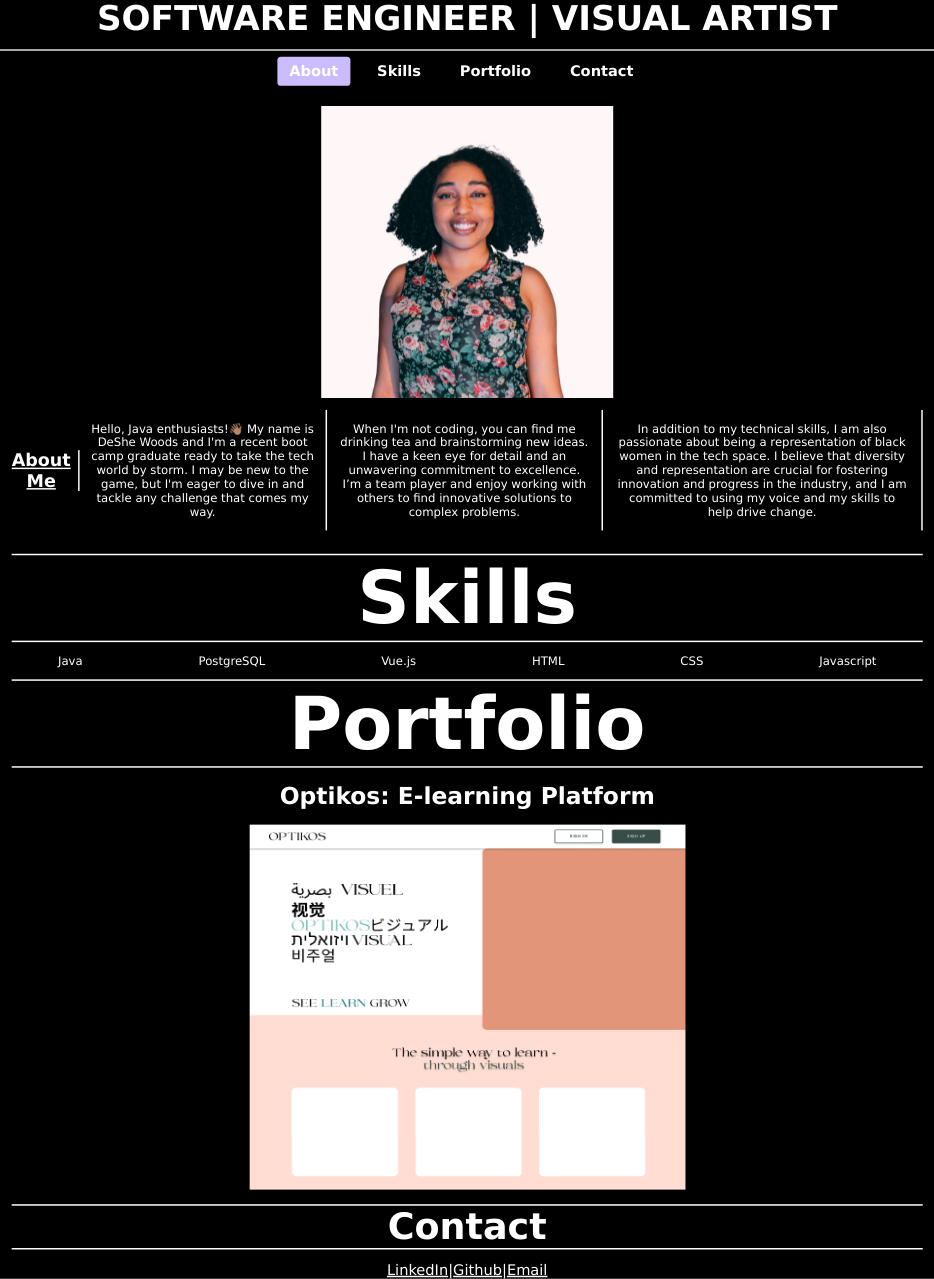
Repository: woodsdeshe/portfolio
Page: index.html
An editor plug-in stored every save of this project. The page is shown before and after the next save, followed by the edit.
The browser window is 1280 px wide. The pictures show the part of the page from y = 664 to 2416 px (the page is 2416 px tall), at 73% of full size.
The pointer rests on the first visible `.navbar a`.
A picture or video elsewhere on the page could not be fetched, so the positions and the page height are approximate. Some web fonts or font styles are not loaded; a fallback is used.

Above is the page before, as saved 2023-06-11 12:46:58.

### index.html
<!DOCTYPE html>
<html lang="en">
<head>
    <meta charset="UTF-8">
    <meta http-equiv="X-UA-Compatible" content="IE=edge">
    <meta name="viewport" content="width=device-width, initial-scale=1.0">
    <title>DeShe Woods | Software Engineer</title>
    <link rel="stylesheet" href="style.css">
    <link rel="stylesheet" href="https://cdnjs.cloudflare.com/ajax/libs/aos/2.3.4/aos.css" />
</head>
<body>
    <div class="container">
        <video autoplay muted loop>
            <source src="pexels-crazy-motions-11738195-1920x1080-24fps.mp4" type="video/mp4">
        </video>
        <div class="header">
            <h1>DESHE WOODS</h1>
        </div>
    </div>
    <div class="subheader">
        <h3>SOFTWARE ENGINEER | VISUAL ARTIST</h3>
    </div>
    <nav class="navbar">
        <ul>
            <li><a href="#about">About</a></li>
            <li><a href="#skills">Skills</a></li>
            <li><a href="#portfolio">Portfolio</a></li>
            <li><a href="#contact">Contact</a></li>
        </ul>
    </nav>
    <div class="headshot" data-aos="fade-up">
        <img src="Headshot.jpg" alt="Picture of DeShe Woods">
    </div>
    <div class="about-me" data-aos="fade-up">
        <h2 id="about">About Me</h2>
        <p>Hello, Java enthusiasts!👋🏽 My name is DeShe Woods and I'm a recent boot camp graduate ready to take the tech world by storm. I may be new to the game, but I'm eager to dive in and tackle any challenge that comes my way.</p>
        <p>When I'm not coding, you can find me drinking tea and brainstorming new ideas. I have a keen eye for detail and an unwavering commitment to excellence. I’m a team player and enjoy working with others to find innovative solutions to complex problems.</p>
        <p>In addition to my technical skills, I am also passionate about being a representation of black women in the tech space. I believe that diversity and representation are crucial for fostering innovation and progress in the industry, and I am committed to using my voice and my skills to help drive change.</p>
    </div>

    <div class="skills-header">
        <h1 id="skills">Skills</h1>
    </div>
    <div class="skills-content" data-aos="fade-up">
        <p class="java">Java</p>
        <p class="postgresql">PostgreSQL</p>
        <p class="Vue-js">Vue.js</p>
        <p class="html">HTML</p>
        <p class="css">CSS</p>
        <p class="javascript">Javascript</p>
    </div>
    <div class="portfolio-header">
        <h1 id="portfolio">Portfolio</h1>
    </div>
    <div class="optikos" data-aos="fade-up">
        <h1>Optikos: E-learning Platform</h1>
        <img src="Screenshot (6).png" alt="Screenshot of Optikos home page">
    </div>
    <div class="contact" id="contact">
        <h2>Contact</h2>
    </div>
   <footer>
    <a href="#">LinkedIn</a> |
    <a href="#">Github</a> |
    <a href="#">Email</a>
   </footer>

   <script src="https://cdnjs.cloudflare.com/ajax/libs/jquery/3.6.0/jquery.min.js"></script>
   <script src="https://cdnjs.cloudflare.com/ajax/libs/aos/2.3.4/aos.js"></script>
   <script>
     AOS.init();
   </script>
</body>
</html>

### style.css
@import url('https://fonts.googleapis.com/css2?family=Climate+Crisis&display=swap');

* {
    margin: 0;
    padding: 0;
    box-sizing: border-box;
}

body:not(.container) {
    background-color: #000;
    font-family: Verdana, Geneva, Tahoma, sans-serif;
    color: white;
}

.container {
    width: 100%;
    height: 100%;
    position: relative;
}

.container video {
    height: 100%;
    width: 100%;
}

.header h1{
    font-family:'Climate Crisis', cursive, Verdana;
    font-size: 200px;
    font-weight: 900;
    text-align: center;
    color: white;
    position: absolute;
    top: 0;
    left:0;
    background: #000;
    height: 100%;
    width: 100%;
    display:flex;
    align-items: center;
    justify-content: center;
    flex-wrap: wrap;
    mix-blend-mode: multiply;
}

.subheader {
    border-top: 2px solid white;
    border-bottom: 2px solid white;
    padding: 1rem;
    text-align: center;
    font-size: 40px;
}

.navbar {
    background-color: #000;
    padding: 1rem;
    text-align: center;
}

.navbar ul {
    list-style-type: none;
}

.navbar li {
    display: inline-block;
    margin-right: 1rem;
}

.navbar a {
    text-decoration: none;
    color: white;
    font-size: 20px;
    font-weight: bold;
    padding: 0.5rem 1rem;
}

.navbar a:hover {
    background-color: #cabcff;
    border-radius: 5px;
}


.headshot img {
    height:400px;
    width: 400px;
    align-content: center;
    display:block;
    margin-left: auto;
    margin-right: auto;
    margin-top: 20px;
}

.about-me {
    padding: 1rem;
    text-align: center;
    display: flex;
    align-items: center;
}

.about-me h2 {
    text-decoration: underline;
    border-right: 2px solid white;
    padding-right: 10px;
}

.about-me p {
    border-right: 2px solid white;
    padding: 1rem;
}

.portfolio-header, .skills-header, .contact h2 {
    font-size: 50px;
    text-align: center;
    border-top: 2px solid white;
    border-bottom: 2px solid white;
    margin: 1rem
}

.skills-content {
    display: flex;
    flex-direction: row;
    justify-content: space-around;
}

.portfolio {
    display: flex;
    flex-direction: column;
}

.optikos img {
   width: 597px;
   height: 500px;
   display: block;
   margin-left: auto;
    margin-right: auto;
    margin-bottom: 20px;
}


.optikos h1 {
    text-align: center;
    margin: 20px;
}

.optikos p {
    grid-area: "optikos-content";
}

.contact h2{
    font-size: 50px
}

footer {
    display: flex;
    justify-content: center;
    font-size: 20px;
}

footer a {

        box-shadow: inset 0 0 0 0 #54b3d6;
        color: white;
        margin: 0 -.25rem;
        padding: 0 .25rem;
        transition: color .3s ease-in-out, box-shadow .3s ease-in-out;
}
    footer a:hover {
        box-shadow: inset 100px 0 0 0 #54b3d6;
        color: white;
      }

After the next save:
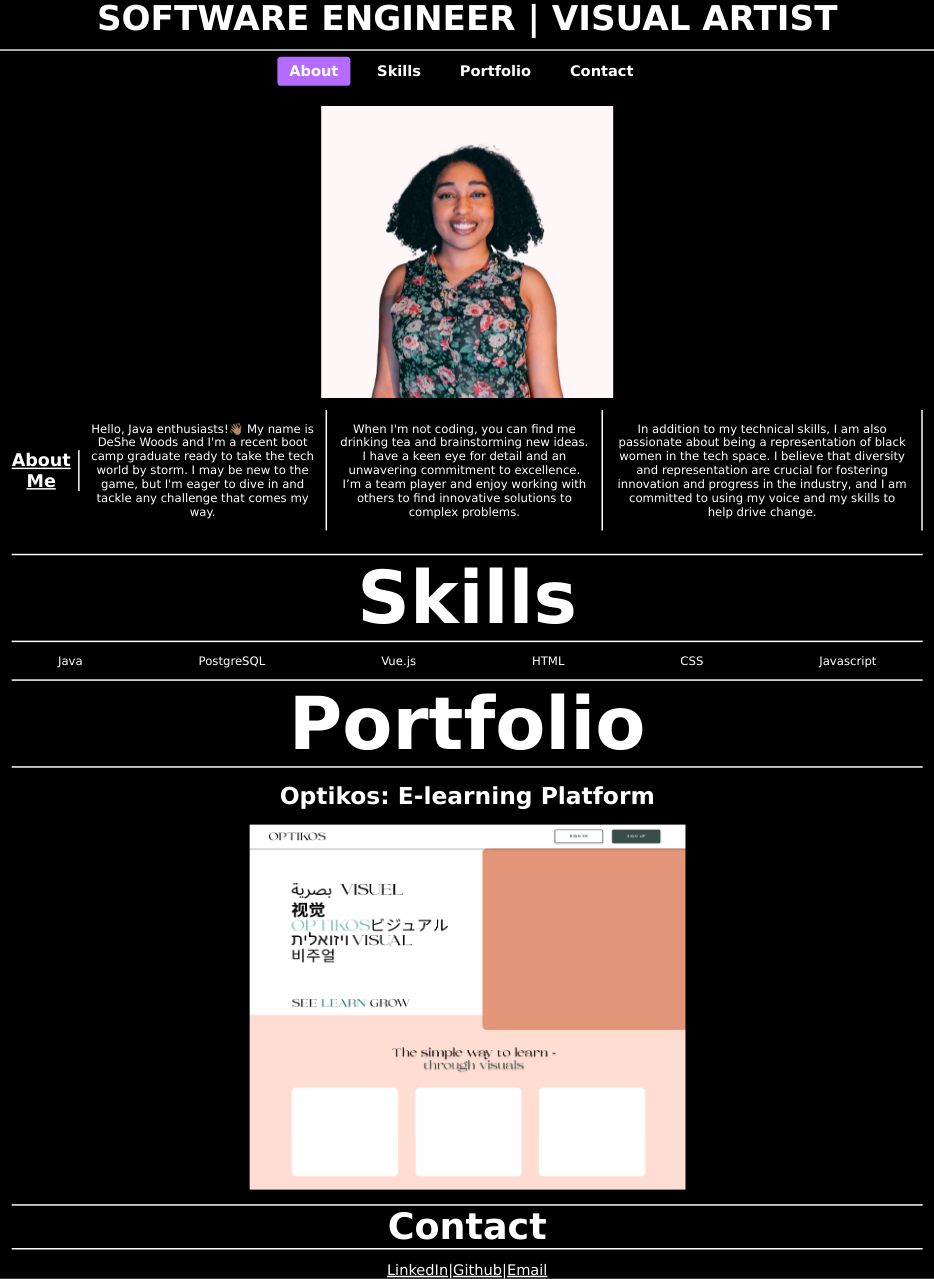
Saved 24 s later.
--- a/style.css
+++ b/style.css
@@ -74,7 +74,7 @@ body:not(.container) {
 }
 
 .navbar a:hover {
-    background-color: #cabcff;
+    background-color: #b46bff;
     border-radius: 5px;
 }
 
